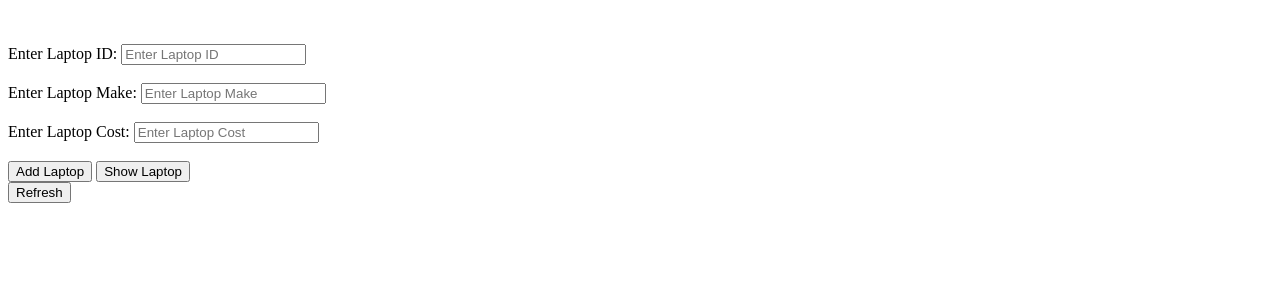
Repository: satvikagrasani/Spring-WorkSpace
Page: SpringMVC/WebAppDemo/AssignmentApp/src/main/webapp/index.html
The author's editor kept a copy of each file at every save. The page is drawn from the files as they stood at one save, then again after the next save.
The browser window is 1280 px wide. The pictures show the whole page.

Above is the page before, as saved 2023-08-22 08:18:21.

After the next save:
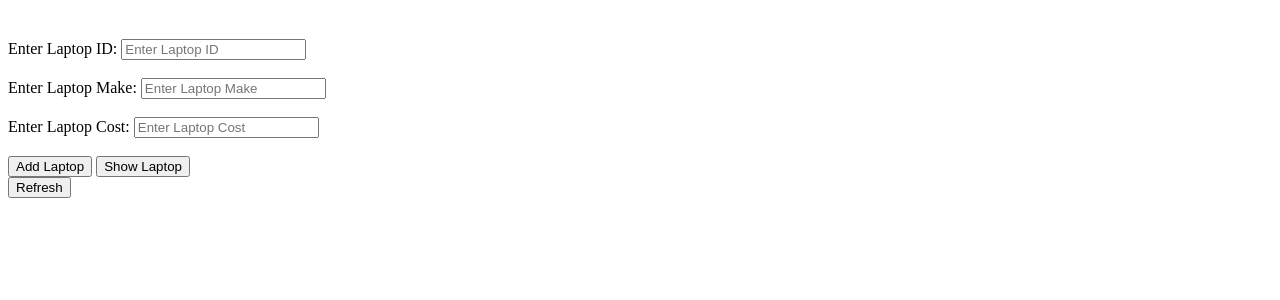
Saved 25 s later.
--- a/SpringMVC/WebAppDemo/AssignmentApp/src/main/webapp/index.html
+++ b/SpringMVC/WebAppDemo/AssignmentApp/src/main/webapp/index.html
@@ -7,7 +7,11 @@
 <body>
 
 
-	<form><br><br>
+	<form>
+		<h1>
+
+		</h1>
+		<br>
 		Enter Laptop ID: <input type="number" name="ID" placeholder="Enter Laptop ID" /><br><br>
 		Enter Laptop Make: <input type="text" name="Make" placeholder="Enter Laptop Make"/><br><br>
 		Enter Laptop Cost: <input type="number" name="Cost" placeholder="Enter Laptop Cost"/><br><br>
